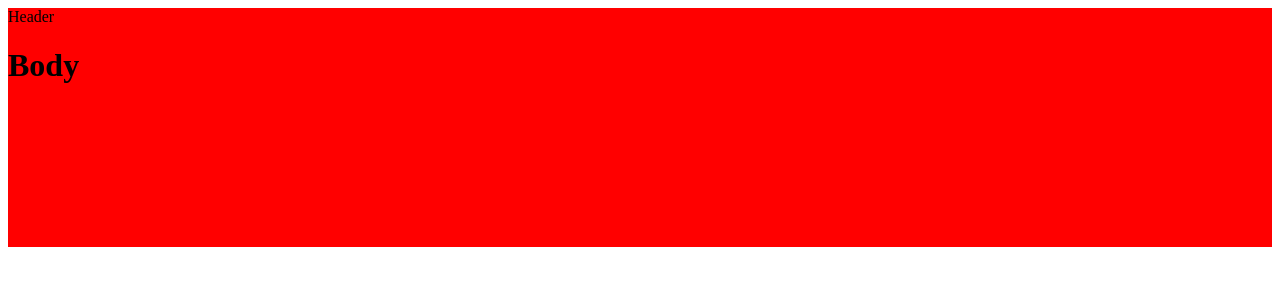
Repository: koukoukou2020/sumurai_HTML-CSS
Page: html001.html
The author's editor kept a record of every edit. The page is drawn from the files as they stood at one moment, then again after the next edit.
The browser window is 1280 px wide. The pictures show the whole page.

Above is the page before.

### html001.html
<html lang="ja">
    <head>
        <style>
            header {
                background-color: red;
            }

            foooter{
                background-color: blue;
            }

            .size {
                height: 200px;
            }
        </style>
    </head>
    <body>
        <header>
            Header
        </div>
        <h1 class="size">Body</h1>
    </body>
</html>

After the next edit:
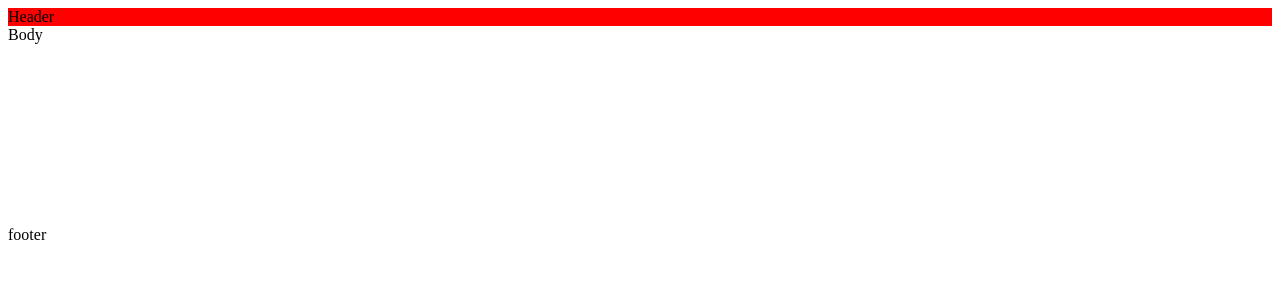
The edit:
--- a/html001.html
+++ b/html001.html
@@ -17,7 +17,12 @@
     <body>
         <header>
             Header
+        </header>
+        <div class="size">
+            Body
         </div>
-        <h1 class="size">Body</h1>
+        <footer>
+            footer
+        </footer>
     </body>
 </html>
